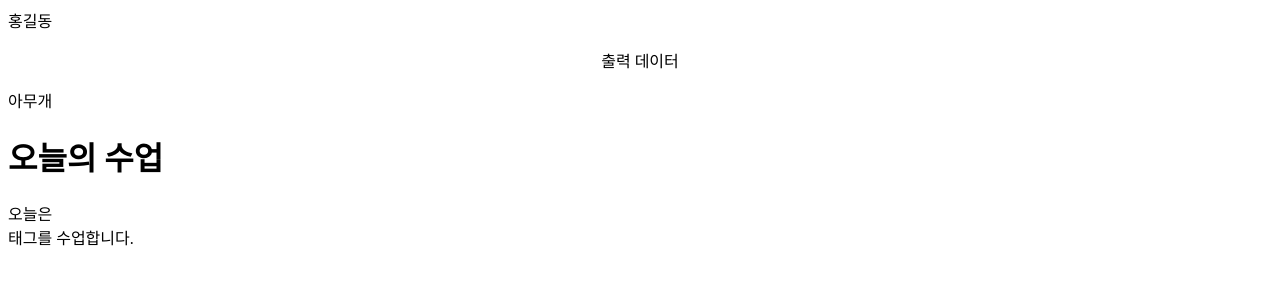
Repository: ssj5037/Class-Study
Page: [5] HTML, CSS, JavaScript/ClientTest/WebContent/Ex03_basic.html
The author's editor kept a copy of each file at every save. The page is drawn from the files as they stood at one save, then again after the next save.
The browser window is 1280 px wide. The pictures show the whole page.

Above is the page before, as saved 2020-06-18 06:19:45.

After the next save:
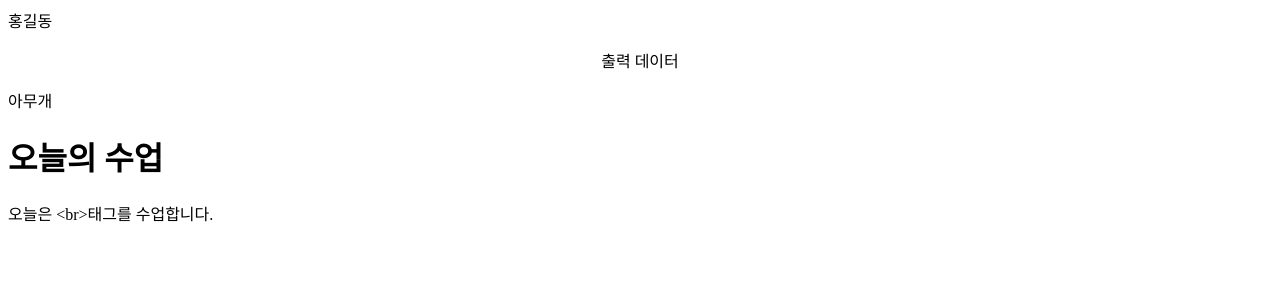
Saved 47 s later.
--- a/[5] HTML, CSS, JavaScript/ClientTest/WebContent/Ex03_basic.html
+++ b/[5] HTML, CSS, JavaScript/ClientTest/WebContent/Ex03_basic.html
@@ -114,7 +114,7 @@
 
 	 <h1>오늘의 수업</h1>
 
-	 <p>오늘은 <br>태그를 수업합니다.</p>
+	 <p>오늘은 &lt;br&gt;태그를 수업합니다.</p>
 
 </body>
 </html>
